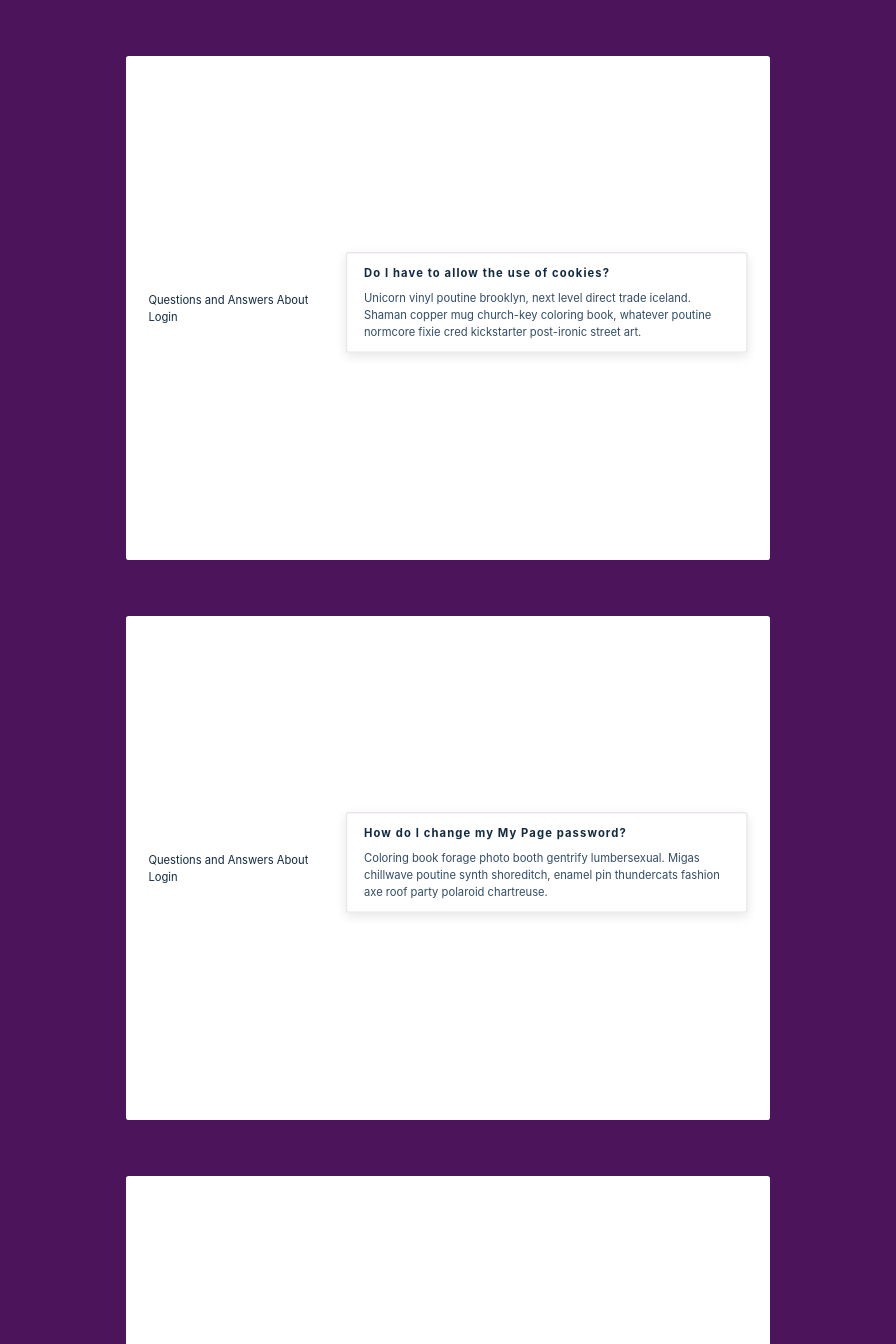
Repository: Reghanoid/Accordion
Page: /
The author's editor kept a copy of each file at every save. The page is drawn from the files as they stood at one save, then again after the next save.
The browser window is 1280 px wide. The pictures show the part of the page from y = 0 to 1920 px (the page is 4080 px tall before and 3600 px after), at 70% of full size.
The project was rebuilt for these pictures with package versions that can differ from the ones it lists, and the page was loaded fresh each time.

Above is the page before, as saved 2022-06-06 14:56:32.

After the next save:
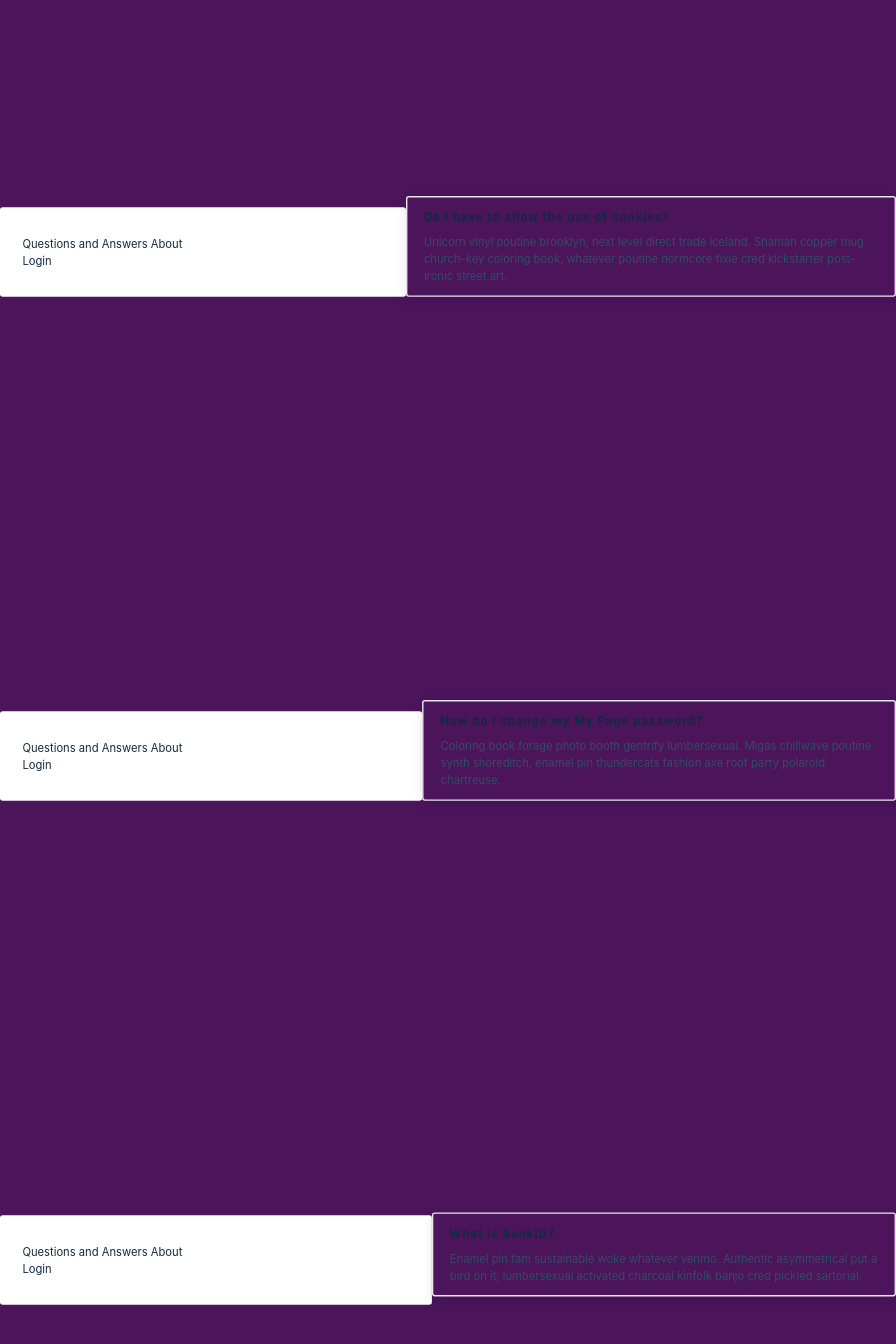
Saved 106 s later.
--- a/src/Question.js
+++ b/src/Question.js
@@ -2,8 +2,8 @@
 import { AiOutlineMinus, AiOutlinePlus } from 'react-icons/ai'
 const Question = (props) => {
   return (
-    <main className='container'>
-      <header>Questions and Answers About Login</header>
+    <main>
+      <header className='container'>Questions and Answers About Login</header>
       <div className='question'>
         <h4> {props.title} </h4>
         <p> {props.info} </p>

After the save that followed:
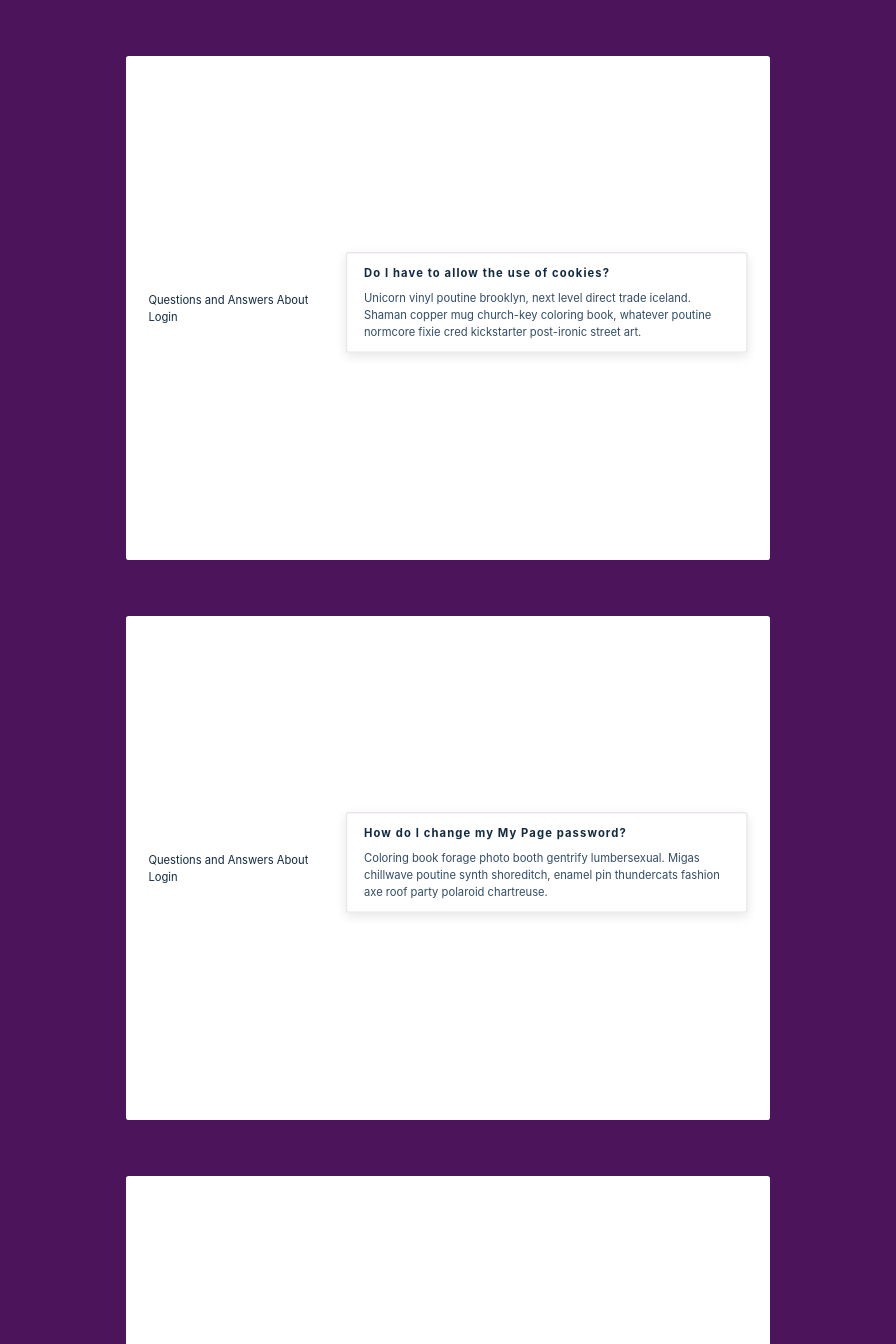
Saved 7 s later.
--- a/src/Question.js
+++ b/src/Question.js
@@ -2,8 +2,8 @@
 import { AiOutlineMinus, AiOutlinePlus } from 'react-icons/ai'
 const Question = (props) => {
   return (
-    <main>
-      <header className='container'>Questions and Answers About Login</header>
+    <main className='container'>
+      <header>Questions and Answers About Login</header>
       <div className='question'>
         <h4> {props.title} </h4>
         <p> {props.info} </p>
